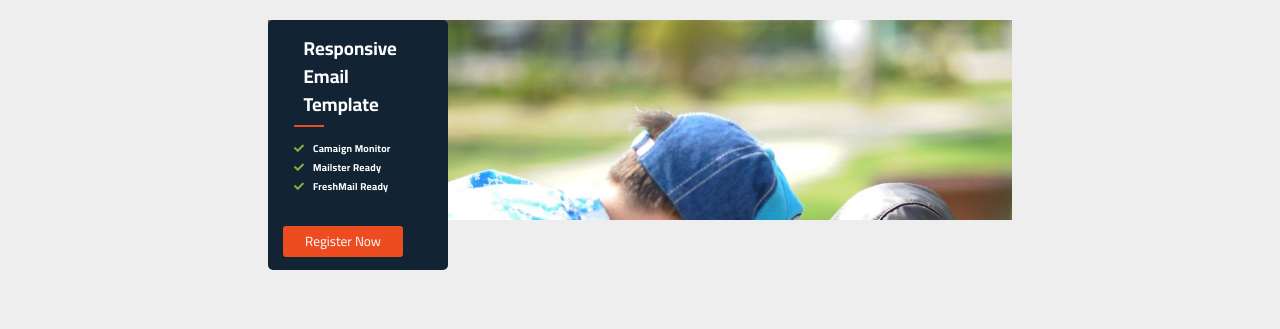
Repository: Z-ayat/Challenges
Page: Challenge 3/index.html
These files come from the project's save history. The page is drawn as it stood at one moment and after a run of saves; the edit follows.
The browser window is 1280 px wide. The pictures show the whole page.

Above is the page before, as saved 2021-09-04 01:05:42.

After the next 2 saves:
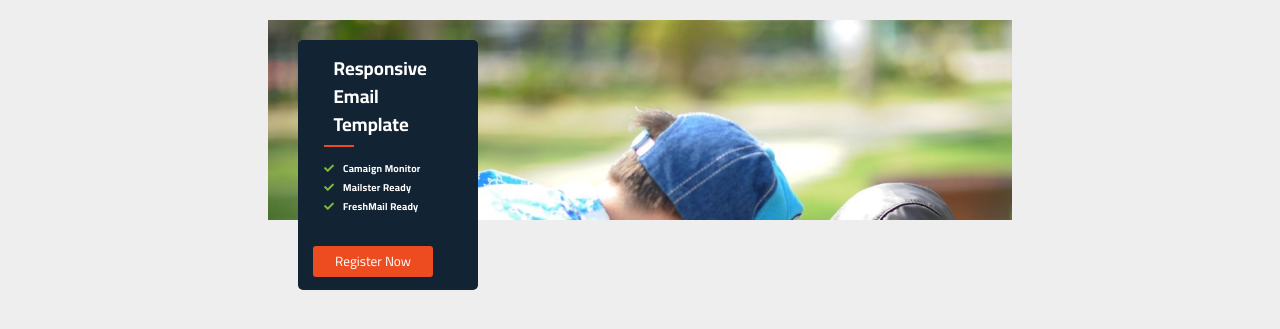
The 2 saves are shown as one change because they came seconds apart.
The last was saved 24 s later.
--- a/Challenge 3/styling/css/master.css
+++ b/Challenge 3/styling/css/master.css
@@ -58,6 +58,8 @@ div {
 
 .pop {
     position: absolute;
+    left: 30px;
+    top: 20px;
     padding-top: 5px;
     padding-left: 15px;
     border-radius: 5px;
